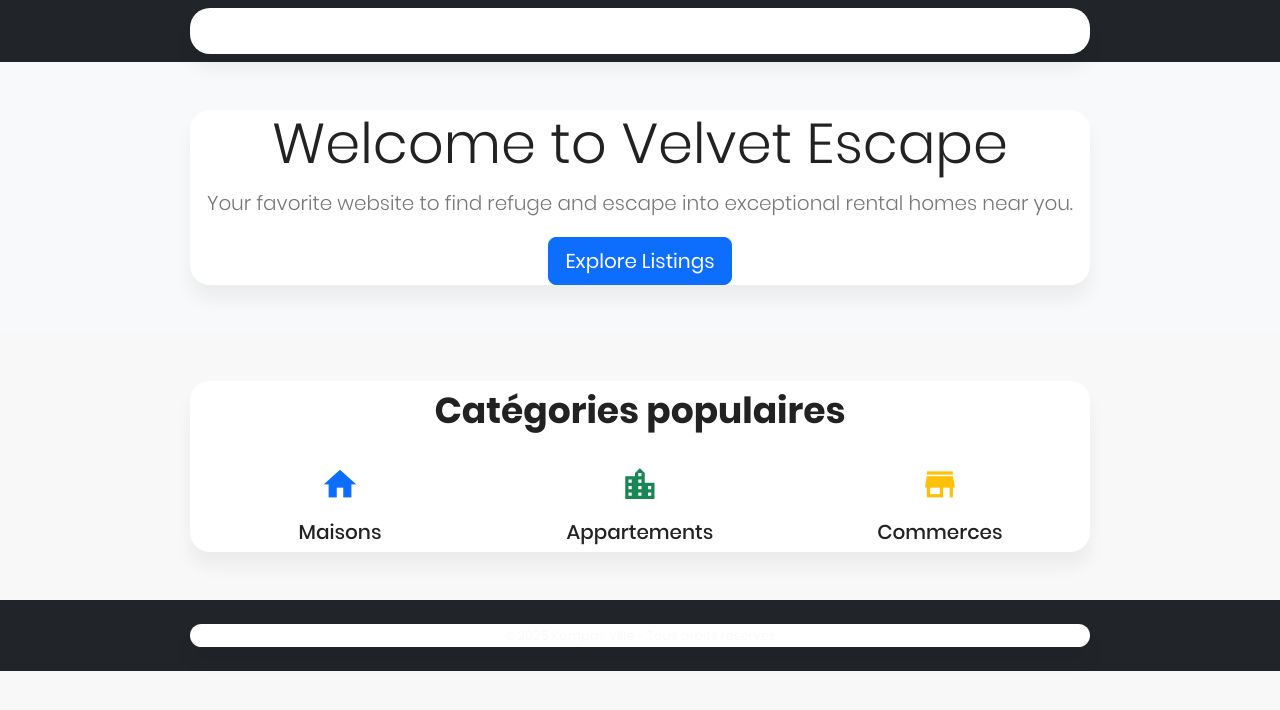
Repository: SaharGab/LocationsMaisons-JavaEE-VelvetEscape
Page: http://localhost/LocationMaisons/pages/index.jsp
An editor plug-in stored every save of this project. The page is shown before and after the next save, followed by the edit.
The browser window is 1280 px wide. The pictures show the whole page.
The page is served by Tomcat 10. Other server files are loaded and not shown.

Above is the page before, as saved 2025-04-23 19:47:34.

### LocationMaisons/src/main/webapp/pages/index.jsp
<%@ page contentType="text/html;charset=UTF-8" language="java" %>
<!DOCTYPE html>
<html lang="fr">
<head>
    <meta charset="UTF-8">
    <title>Accueil - Velvet Escape</title>
    <meta name="viewport" content="width=device-width, initial-scale=1">

    <!-- Bootstrap -->
    <link href="https://cdn.jsdelivr.net/npm/bootstrap@5.3.0/dist/css/bootstrap.min.css" rel="stylesheet">
    <!-- Font Icon -->
    <link rel="stylesheet" href="fonts/material-icon/css/material-design-iconic-font.min.css">
    <!-- Style -->
    <link rel="stylesheet" href="css/style.css">
</head>
<body>

<!-- Navbar -->
<nav class="navbar navbar-expand-lg navbar-dark bg-dark">
    <div class="container">
        <a class="navbar-brand" href="index.jsp">Velvet Escape</a>
        <button class="navbar-toggler" type="button" data-bs-toggle="collapse" data-bs-target="#navbarNav">
            <span class="navbar-toggler-icon"></span>
        </button>
        <div class="collapse navbar-collapse justify-content-end" id="navbarNav">
            <ul class="navbar-nav">
                <li class="nav-item"><a class="nav-link" href="login.jsp">Se connecter</a></li>
                <li class="nav-item"><a class="nav-link" href="register.jsp">S'inscrire</a></li>
            </ul>
        </div>
    </div>
</nav>

<!-- Hero -->
<header class="bg-light text-center py-5">
    <div class="container">
        <h1 class="display-4">Welcome to Velvet Escape</h1>
<p class="lead">Your favorite website to find refuge and escape into exceptional rental homes near you.</p>
<a href="explore.jsp" class="btn btn-primary btn-lg mt-3">Explore Listings</a>

    </div>
</header>

<!-- À venir : Catégories / Suggestions -->
<section class="container my-5">
    <h2 class="text-center mb-4">Catégories populaires</h2>
    <div class="row text-center">
        <div class="col-md-4">
            <i class="zmdi zmdi-home zmdi-hc-3x text-primary mb-3"></i>
            <h5>Maisons</h5>
        </div>
        <div class="col-md-4">
            <i class="zmdi zmdi-city zmdi-hc-3x text-success mb-3"></i>
            <h5>Appartements</h5>
        </div>
        <div class="col-md-4">
            <i class="zmdi zmdi-store zmdi-hc-3x text-warning mb-3"></i>
            <h5>Commerces</h5>
        </div>
    </div>
</section>

<!-- Footer -->
<footer class="bg-dark text-light text-center py-4">
    <div class="container">
        &copy; 2025 Kompas Ville - Tous droits réservés
    </div>
</footer>

<script src="https://cdn.jsdelivr.net/npm/bootstrap@5.3.0/dist/js/bootstrap.bundle.min.js"></script>
</body>
</html>

### LocationMaisons/src/main/webapp/css/style.css
/* @extend display-flex; */
display-flex, .display-flex, .display-flex-center, .signup-content, .signin-content, .social-login, .socials {
  display: flex;
  display: -webkit-flex; }

/* @extend list-type-ulli; */
list-type-ulli, .socials {
  list-style-type: none;
  margin: 0;
  padding: 0; }

/* poppins-300 - latin */
@font-face {
  font-family: 'Poppins';
  font-style: normal;
  font-weight: 300;
  src: url("../fonts/poppins/poppins-v5-latin-300.eot");
  /* IE9 Compat Modes */
  src: local("Poppins Light"), local("Poppins-Light"), url("../fonts/poppins/poppins-v5-latin-300.eot?#iefix") format("embedded-opentype"), url("../fonts/poppins/poppins-v5-latin-300.woff2") format("woff2"), url("../fonts/poppins/poppins-v5-latin-300.woff") format("woff"), url("../fonts/poppins/poppins-v5-latin-300.ttf") format("truetype"), url("../fonts/poppins/poppins-v5-latin-300.svg#Poppins") format("svg");
  /* Legacy iOS */ }
/* poppins-300italic - latin */
@font-face {
  font-family: 'Poppins';
  font-style: italic;
  font-weight: 300;
  src: url("../fonts/poppins/poppins-v5-latin-300italic.eot");
  /* IE9 Compat Modes */
  src: local("Poppins Light Italic"), local("Poppins-LightItalic"), url("../fonts/poppins/poppins-v5-latin-300italic.eot?#iefix") format("embedded-opentype"), url("../fonts/poppins/poppins-v5-latin-300italic.woff2") format("woff2"), url("../fonts/poppins/poppins-v5-latin-300italic.woff") format("woff"), url("../fonts/poppins/poppins-v5-latin-300italic.ttf") format("truetype"), url("../fonts/poppins/poppins-v5-latin-300italic.svg#Poppins") format("svg");
  /* Legacy iOS */ }
/* poppins-regular - latin */
@font-face {
  font-family: 'Poppins';
  font-style: normal;
  font-weight: 400;
  src: url("../fonts/poppins/poppins-v5-latin-regular.eot");
  /* IE9 Compat Modes */
  src: local("Poppins Regular"), local("Poppins-Regular"), url("../fonts/poppins/poppins-v5-latin-regular.eot?#iefix") format("embedded-opentype"), url("../fonts/poppins/poppins-v5-latin-regular.woff2") format("woff2"), url("../fonts/poppins/poppins-v5-latin-regular.woff") format("woff"), url("../fonts/poppins/poppins-v5-latin-regular.ttf") format("truetype"), url("../fonts/poppins/poppins-v5-latin-regular.svg#Poppins") format("svg");
  /* Legacy iOS */ }
/* poppins-italic - latin */
@font-face {
  font-family: 'Poppins';
  font-style: italic;
  font-weight: 400;
  src: url("../fonts/poppins/poppins-v5-latin-italic.eot");
  /* IE9 Compat Modes */
  src: local("Poppins Italic"), local("Poppins-Italic"), url("../fonts/poppins/poppins-v5-latin-italic.eot?#iefix") format("embedded-opentype"), url("../fonts/poppins/poppins-v5-latin-italic.woff2") format("woff2"), url("../fonts/poppins/poppins-v5-latin-italic.woff") format("woff"), url("../fonts/poppins/poppins-v5-latin-italic.ttf") format("truetype"), url("../fonts/poppins/poppins-v5-latin-italic.svg#Poppins") format("svg");
  /* Legacy iOS */ }
/* poppins-500 - latin */
@font-face {
  font-family: 'Poppins';
  font-style: normal;
  font-weight: 500;
  src: url("../fonts/poppins/poppins-v5-latin-500.eot");
  /* IE9 Compat Modes */
  src: local("Poppins Medium"), local("Poppins-Medium"), url("../fonts/poppins/poppins-v5-latin-500.eot?#iefix") format("embedded-opentype"), url("../fonts/poppins/poppins-v5-latin-500.woff2") format("woff2"), url("../fonts/poppins/poppins-v5-latin-500.woff") format("woff"), url("../fonts/poppins/poppins-v5-latin-500.ttf") format("truetype"), url("../fonts/poppins/poppins-v5-latin-500.svg#Poppins") format("svg");
  /* Legacy iOS */ }
/* poppins-500italic - latin */
@font-face {
  font-family: 'Poppins';
  font-style: italic;
  font-weight: 500;
  src: url("../fonts/poppins/poppins-v5-latin-500italic.eot");
  /* IE9 Compat Modes */
  src: local("Poppins Medium Italic"), local("Poppins-MediumItalic"), url("../fonts/poppins/poppins-v5-latin-500italic.eot?#iefix") format("embedded-opentype"), url("../fonts/poppins/poppins-v5-latin-500italic.woff2") format("woff2"), url("../fonts/poppins/poppins-v5-latin-500italic.woff") format("woff"), url("../fonts/poppins/poppins-v5-latin-500italic.ttf") format("truetype"), url("../fonts/poppins/poppins-v5-latin-500italic.svg#Poppins") format("svg");
  /* Legacy iOS */ }
/* poppins-600 - latin */
@font-face {
  font-family: 'Poppins';
  font-style: normal;
  font-weight: 600;
  src: url("../fonts/poppins/poppins-v5-latin-600.eot");
  /* IE9 Compat Modes */
  src: local("Poppins SemiBold"), local("Poppins-SemiBold"), url("../fonts/poppins/poppins-v5-latin-600.eot?#iefix") format("embedded-opentype"), url("../fonts/poppins/poppins-v5-latin-600.woff2") format("woff2"), url("../fonts/poppins/poppins-v5-latin-600.woff") format("woff"), url("../fonts/poppins/poppins-v5-latin-600.ttf") format("truetype"), url("../fonts/poppins/poppins-v5-latin-600.svg#Poppins") format("svg");
  /* Legacy iOS */ }
/* poppins-700 - latin */
@font-face {
  font-family: 'Poppins';
  font-style: normal;
  font-weight: 700;
  src: url("../fonts/poppins/poppins-v5-latin-700.eot");
  /* IE9 Compat Modes */
  src: local("Poppins Bold"), local("Poppins-Bold"), url("../fonts/poppins/poppins-v5-latin-700.eot?#iefix") format("embedded-opentype"), url("../fonts/poppins/poppins-v5-latin-700.woff2") format("woff2"), url("../fonts/poppins/poppins-v5-latin-700.woff") format("woff"), url("../fonts/poppins/poppins-v5-latin-700.ttf") format("truetype"), url("../fonts/poppins/poppins-v5-latin-700.svg#Poppins") format("svg");
  /* Legacy iOS */ }
/* poppins-700italic - latin */
@font-face {
  font-family: 'Poppins';
  font-style: italic;
  font-weight: 700;
  src: url("../fonts/poppins/poppins-v5-latin-700italic.eot");
  /* IE9 Compat Modes */
  src: local("Poppins Bold Italic"), local("Poppins-BoldItalic"), url("../fonts/poppins/poppins-v5-latin-700italic.eot?#iefix") format("embedded-opentype"), url("../fonts/poppins/poppins-v5-latin-700italic.woff2") format("woff2"), url("../fonts/poppins/poppins-v5-latin-700italic.woff") format("woff"), url("../fonts/poppins/poppins-v5-latin-700italic.ttf") format("truetype"), url("../fonts/poppins/poppins-v5-latin-700italic.svg#Poppins") format("svg");
  /* Legacy iOS */ }
/* poppins-800 - latin */
@font-face {
  font-family: 'Poppins';
  font-style: normal;
  font-weight: 800;
  src: url("../fonts/poppins/poppins-v5-latin-800.eot");
  /* IE9 Compat Modes */
  src: local("Poppins ExtraBold"), local("Poppins-ExtraBold"), url("../fonts/poppins/poppins-v5-latin-800.eot?#iefix") format("embedded-opentype"), url("../fonts/poppins/poppins-v5-latin-800.woff2") format("woff2"), url("../fonts/poppins/poppins-v5-latin-800.woff") format("woff"), url("../fonts/poppins/poppins-v5-latin-800.ttf") format("truetype"), url("../fonts/poppins/poppins-v5-latin-800.svg#Poppins") format("svg");
  /* Legacy iOS */ }
/* poppins-800italic - latin */
@font-face {
  font-family: 'Poppins';
  font-style: italic;
  font-weight: 800;
  src: url("../fonts/poppins/poppins-v5-latin-800italic.eot");
  /* IE9 Compat Modes */
  src: local("Poppins ExtraBold Italic"), local("Poppins-ExtraBoldItalic"), url("../fonts/poppins/poppins-v5-latin-800italic.eot?#iefix") format("embedded-opentype"), url("../fonts/poppins/poppins-v5-latin-800italic.woff2") format("woff2"), url("../fonts/poppins/poppins-v5-latin-800italic.woff") format("woff"), url("../fonts/poppins/poppins-v5-latin-800italic.ttf") format("truetype"), url("../fonts/poppins/poppins-v5-latin-800italic.svg#Poppins") format("svg");
  /* Legacy iOS */ }
/* poppins-900 - latin */
@font-face {
  font-family: 'Poppins';
  font-style: normal;
  font-weight: 900;
  src: url("../fonts/poppins/poppins-v5-latin-900.eot");
  /* IE9 Compat Modes */
  src: local("Poppins Black"), local("Poppins-Black"), url("../fonts/poppins/poppins-v5-latin-900.eot?#iefix") format("embedded-opentype"), url("../fonts/poppins/poppins-v5-latin-900.woff2") format("woff2"), url("../fonts/poppins/poppins-v5-latin-900.woff") format("woff"), url("../fonts/poppins/poppins-v5-latin-900.ttf") format("truetype"), url("../fonts/poppins/poppins-v5-latin-900.svg#Poppins") format("svg");
  /* Legacy iOS */ }
a:focus, a:active {
  text-decoration: none;
  outline: none;
  transition: all 300ms ease 0s;
  -moz-transition: all 300ms ease 0s;
  -webkit-transition: all 300ms ease 0s;
  -o-transition: all 300ms ease 0s;
  -ms-transition: all 300ms ease 0s; }

input, select, textarea {
  outline: none;
  appearance: unset !important;
  -moz-appearance: unset !important;
  -webkit-appearance: unset !important;
  -o-appearance: unset !important;
  -ms-appearance: unset !important; }

input::-webkit-outer-spin-button, input::-webkit-inner-spin-button {
  appearance: none !important;
  -moz-appearance: none !important;
  -webkit-appearance: none !important;
  -o-appearance: none !important;
  -ms-appearance: none !important;
  margin: 0; }

input:focus, select:focus, textarea:focus {
  outline: none;
  box-shadow: none !important;
  -moz-box-shadow: none !important;
  -webkit-box-shadow: none !important;
  -o-box-shadow: none !important;
  -ms-box-shadow: none !important; }

input[type=checkbox] {
  appearance: checkbox !important;
  -moz-appearance: checkbox !important;
  -webkit-appearance: checkbox !important;
  -o-appearance: checkbox !important;
  -ms-appearance: checkbox !important; }

input[type=radio] {
  appearance: radio !important;
  -moz-appearance: radio !important;
  -webkit-appearance: radio !important;
  -o-appearance: radio !important;
  -ms-appearance: radio !important; }

img {
  max-width: 100%;
  height: auto; }

figure {
  margin: 0; }

p {
  margin-bottom: 0px;
  font-size: 15px;
  color: #777; }

h2 {
  line-height: 1.66;
  margin: 0;
  padding: 0;
  font-weight: bold;
  color: #222;
  font-family: Poppins;
  font-size: 36px; }

.main {
  background: #f8f8f8;
  padding: 50px 0; }

.clear {
  clear: both; }

body {
  font-size: 13px;
  line-height: 1.8;
  color: #222;
  background: #f8f8f8;
  font-weight: 400;
  font-family: Poppins; }

.container {
  width: 900px;
  background: #fff;
  margin: 0 auto;
  box-shadow: 0px 15px 16.83px 0.17px rgba(0, 0, 0, 0.05);
  -moz-box-shadow: 0px 15px 16.83px 0.17px rgba(0, 0, 0, 0.05);
  -webkit-box-shadow: 0px 15px 16.83px 0.17px rgba(0, 0, 0, 0.05);
  -o-box-shadow: 0px 15px 16.83px 0.17px rgba(0, 0, 0, 0.05);
  -ms-box-shadow: 0px 15px 16.83px 0.17px rgba(0, 0, 0, 0.05);
  border-radius: 20px;
  -moz-border-radius: 20px;
  -webkit-border-radius: 20px;
  -o-border-radius: 20px;
  -ms-border-radius: 20px; }

.display-flex {
  justify-content: space-between;
  -moz-justify-content: space-between;
  -webkit-justify-content: space-between;
  -o-justify-content: space-between;
  -ms-justify-content: space-between;
  align-items: center;
  -moz-align-items: center;
  -webkit-align-items: center;
  -o-align-items: center;
  -ms-align-items: center; }

.display-flex-center {
  justify-content: center;
  -moz-justify-content: center;
  -webkit-justify-content: center;
  -o-justify-content: center;
  -ms-justify-content: center;
  align-items: center;
  -moz-align-items: center;
  -webkit-align-items: center;
  -o-align-items: center;
  -ms-align-items: center; }

.position-center {
  position: absolute;
  top: 50%;
  left: 50%;
  transform: translate(-50%, -50%);
  -moz-transform: translate(-50%, -50%);
  -webkit-transform: translate(-50%, -50%);
  -o-transform: translate(-50%, -50%);
  -ms-transform: translate(-50%, -50%); }

.signup {
  margin-bottom: 50px; }

.signup-content {
  padding: 75px 0; }

.signup-form, .signup-image, .signin-form, .signin-image {
  width: 50%;
  overflow: hidden; }

.signup-image {
  margin: 0 55px; }

.form-title {
  margin-bottom: 33px; }

.signup-image {
  margin-top: 45px; }

figure {
  margin-bottom: 50px;
  text-align: center; }

.form-submit {
  display: inline-block;
  background: #6dabe4;
  color: #fff;
  border-bottom: none;
  width: auto;
  padding: 15px 39px;
  border-radius: 5px;
  -moz-border-radius: 5px;
  -webkit-border-radius: 5px;
  -o-border-radius: 5px;
  -ms-border-radius: 5px;
  margin-top: 25px;
  cursor: pointer; }
  .form-submit:hover {
    background: #4292dc; }

#signin {
  margin-top: 16px; }

.signup-image-link {
  font-size: 14px;
  color: #222;
  display: block;
  text-align: center; }

.term-service {
  font-size: 13px;
  color: #222; }

.signup-form {
  margin-left: 75px;
  margin-right: 75px;
  padding-left: 34px; }

.register-form {
  width: 100%; }

.form-group {
  position: relative;
  margin-bottom: 25px;
  overflow: hidden; }
  .form-group:last-child {
    margin-bottom: 0px; }

input {
  width: 100%;
  display: block;
  border: none;
  border-bottom: 1px solid #999;
  padding: 6px 30px;
  font-family: Poppins;
  box-sizing: border-box; }
  input::-webkit-input-placeholder {
    color: #999; }
  input::-moz-placeholder {
    color: #999; }
  input:-ms-input-placeholder {
    color: #999; }
  input:-moz-placeholder {
    color: #999; }
  input:focus {
    border-bottom: 1px solid #222; }
    input:focus::-webkit-input-placeholder {
      color: #222; }
    input:focus::-moz-placeholder {
      color: #222; }
    input:focus:-ms-input-placeholder {
      color: #222; }
    input:focus:-moz-placeholder {
      color: #222; }

input[type=checkbox]:not(old) {
  width: 2em;
  margin: 0;
  padding: 0;
  font-size: 1em;
  display: none; }

input[type=checkbox]:not(old) + label {
  display: inline-block;
  line-height: 1.5em;
  margin-top: 6px; }

input[type=checkbox]:not(old) + label > span {
  display: inline-block;
  width: 13px;
  height: 13px;
  margin-right: 15px;
  margin-bottom: 3px;
  border: 1px solid #999;
  border-radius: 2px;
  -moz-border-radius: 2px;
  -webkit-border-radius: 2px;
  -o-border-radius: 2px;
  -ms-border-radius: 2px;
  background: white;
  background-image: -moz-linear-gradient(white, white);
  background-image: -ms-linear-gradient(white, white);
  background-image: -o-linear-gradient(white, white);
  background-image: -webkit-linear-gradient(white, white);
  background-image: linear-gradient(white, white);
  vertical-align: bottom; }

input[type=checkbox]:not(old):checked + label > span {
  background-image: -moz-linear-gradient(white, white);
  background-image: -ms-linear-gradient(white, white);
  background-image: -o-linear-gradient(white, white);
  background-image: -webkit-linear-gradient(white, white);
  background-image: linear-gradient(white, white); }

input[type=checkbox]:not(old):checked + label > span:before {
  content: '\f26b';
  display: block;
  color: #222;
  font-size: 11px;
  line-height: 1.2;
  text-align: center;
  font-family: 'Material-Design-Iconic-Font';
  font-weight: bold; }

.agree-term {
  display: inline-block;
  width: auto; }

label {
  position: absolute;
  left: 0;
  top: 50%;
  transform: translateY(-50%);
  -moz-transform: translateY(-50%);
  -webkit-transform: translateY(-50%);
  -o-transform: translateY(-50%);
  -ms-transform: translateY(-50%);
  color: #222; }

.label-has-error {
  top: 22%; }

label.error {
  position: relative;
  background: url("../images/unchecked.gif") no-repeat;
  background-position-y: 3px;
  padding-left: 20px;
  display: block;
  margin-top: 20px; }

label.valid {
  display: block;
  position: absolute;
  right: 0;
  left: auto;
  margin-top: -6px;
  width: 20px;
  height: 20px;
  background: transparent; }
  label.valid:after {
    font-family: 'Material-Design-Iconic-Font';
    content: '\f269';
    width: 100%;
    height: 100%;
    position: absolute;
    /* right: 0; */
    font-size: 16px;
    color: green; }

.label-agree-term {
  position: relative;
  top: 0%;
  transform: translateY(0);
  -moz-transform: translateY(0);
  -webkit-transform: translateY(0);
  -o-transform: translateY(0);
  -ms-transform: translateY(0); }

.material-icons-name {
  font-size: 18px; }

.signin-content {
  padding-top: 67px;
  padding-bottom: 87px; }

.social-login {
  align-items: center;
  -moz-align-items: center;
  -webkit-align-items: center;
  -o-align-items: center;
  -ms-align-items: center;
  margin-top: 80px; }

.social-label {
  display: inline-block;
  margin-right: 15px; }

.socials li {
  padding: 5px; }
  .socials li:last-child {
    margin-right: 0px; }
  .socials li a {
    text-decoration: none; }
    .socials li a i {
      width: 30px;
      height: 30px;
      color: #fff;
      font-size: 14px;
      border-radius: 5px;
      -moz-border-radius: 5px;
      -webkit-border-radius: 5px;
      -o-border-radius: 5px;
      -ms-border-radius: 5px;
      transform: translateZ(0);
      -moz-transform: translateZ(0);
      -webkit-transform: translateZ(0);
      -o-transform: translateZ(0);
      -ms-transform: translateZ(0);
      -webkit-transition-duration: 0.3s;
      transition-duration: 0.3s;
      -webkit-transition-property: transform;
      transition-property: transform;
      -webkit-transition-timing-function: ease-out;
      transition-timing-function: ease-out; }
  .socials li:hover a i {
    -webkit-transform: scale(1.3) translateZ(0);
    transform: scale(1.3) translateZ(0); }

.zmdi-facebook {
  background: #3b5998; }

.zmdi-twitter {
  background: #1da0f2; }

.zmdi-google {
  background: #e72734; }

.signin-form {
  margin-right: 90px;
  margin-left: 80px; }

.signin-image {
  margin-left: 110px;
  margin-right: 20px;
  margin-top: 10px; }

@media screen and (max-width: 1200px) {
  .container {
    width: calc( 100% - 30px);
    max-width: 100%; } }
@media screen and (min-width: 1024px) {
  .container {
    max-width: 1200px; } }
@media screen and (max-width: 768px) {
  .signup-content, .signin-content {
    flex-direction: column;
    -moz-flex-direction: column;
    -webkit-flex-direction: column;
    -o-flex-direction: column;
    -ms-flex-direction: column;
    justify-content: center;
    -moz-justify-content: center;
    -webkit-justify-content: center;
    -o-justify-content: center;
    -ms-justify-content: center; }

  .signup-form {
    margin-left: 0px;
    margin-right: 0px;
    padding-left: 0px;
    /* box-sizing: border-box; */
    padding: 0 30px; }

  .signin-image {
    margin-left: 0px;
    margin-right: 0px;
    margin-top: 50px;
    order: 2;
    -moz-order: 2;
    -webkit-order: 2;
    -o-order: 2;
    -ms-order: 2; }

  .signup-form, .signup-image, .signin-form, .signin-image {
    width: auto; }

  .social-login {
    justify-content: center;
    -moz-justify-content: center;
    -webkit-justify-content: center;
    -o-justify-content: center;
    -ms-justify-content: center; }

  .form-button {
    text-align: center; }

  .signin-form {
    order: 1;
    -moz-order: 1;
    -webkit-order: 1;
    -o-order: 1;
    -ms-order: 1;
    margin-right: 0px;
    margin-left: 0px;
    padding: 0 30px; }

  .form-title {
    text-align: center; } }
@media screen and (max-width: 400px) {
  .social-login {
    flex-direction: column;
    -moz-flex-direction: column;
    -webkit-flex-direction: column;
    -o-flex-direction: column;
    -ms-flex-direction: column; }

  .social-label {
    margin-right: 0px;
    margin-bottom: 10px; } }

/*# sourceMappingURL=style.css.map */

Loaded but not shown: LocationMaisons/src/main/webapp/fonts/material-icon/css/material-design-iconic-font.min.css (library)

After the next save:
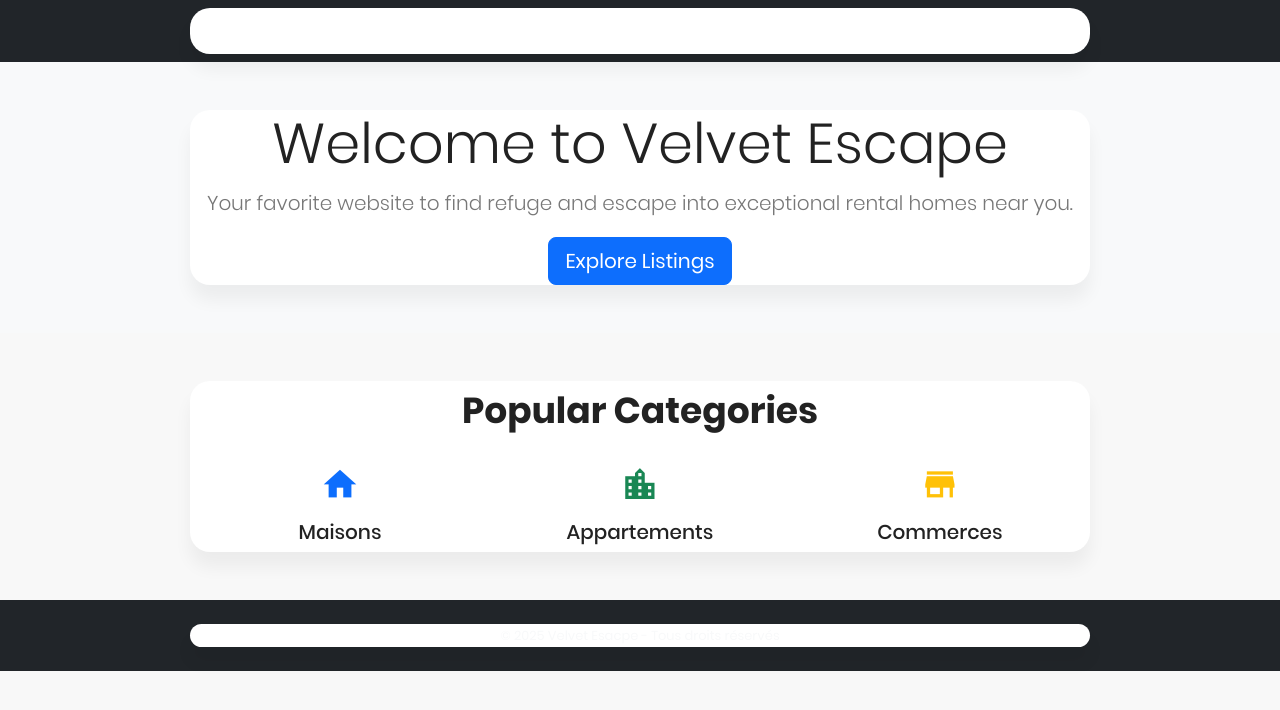
Saved 79 s later.
--- a/LocationMaisons/src/main/webapp/pages/index.jsp
+++ b/LocationMaisons/src/main/webapp/pages/index.jsp
@@ -43,7 +43,7 @@
 
 <!-- À venir : Catégories / Suggestions -->
 <section class="container my-5">
-    <h2 class="text-center mb-4">Catégories populaires</h2>
+    <h2 class="text-center mb-4">Popular Categories</h2>
     <div class="row text-center">
         <div class="col-md-4">
             <i class="zmdi zmdi-home zmdi-hc-3x text-primary mb-3"></i>
@@ -63,7 +63,7 @@
 <!-- Footer -->
 <footer class="bg-dark text-light text-center py-4">
     <div class="container">
-        &copy; 2025 Kompas Ville - Tous droits réservés
+        &copy; 2025 Velvet Esacpe - Tous droits réservés
     </div>
 </footer>
 
